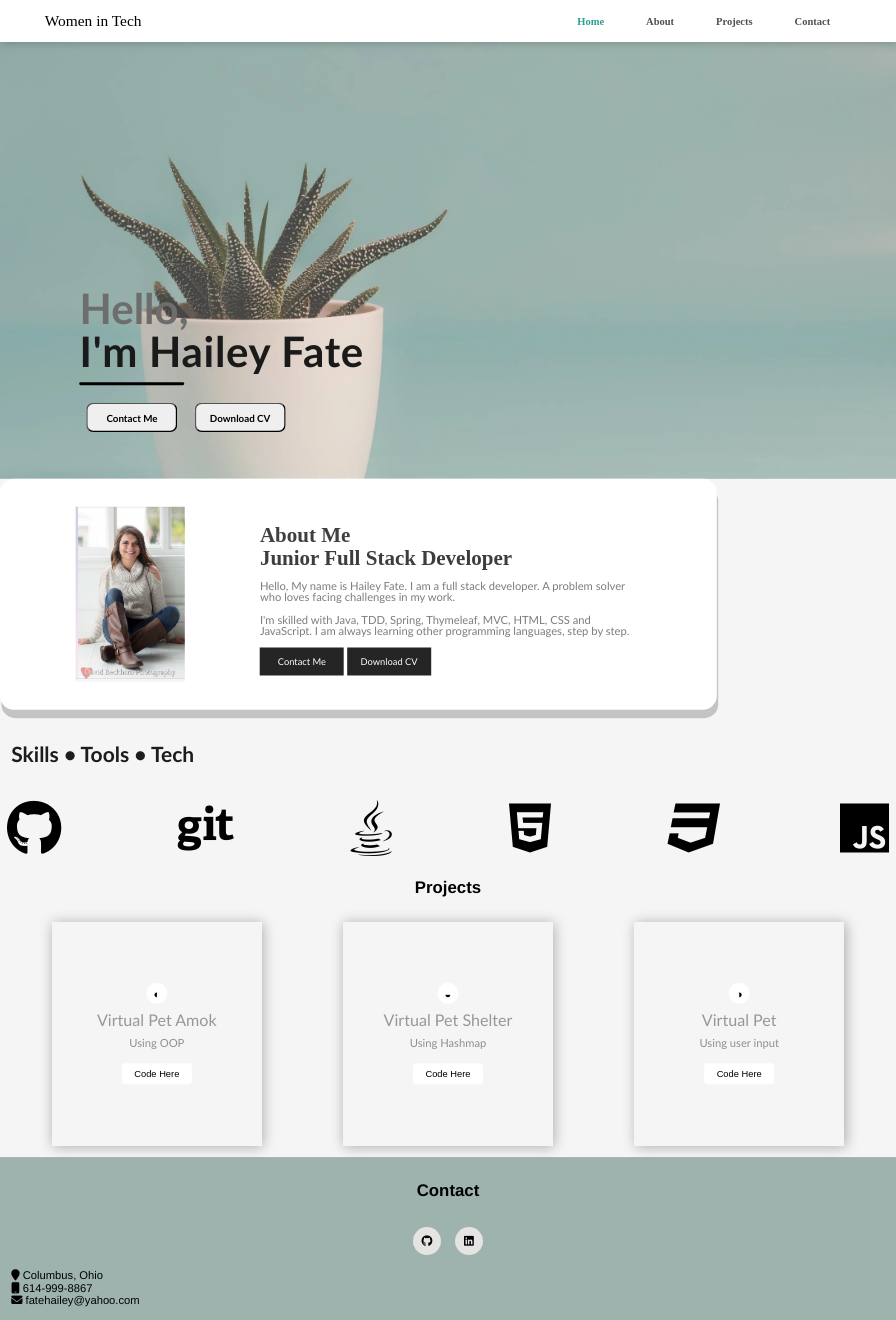
Repository: fatehailey/fatehailey.github.io
Page: index.html
An editor plug-in stored every save of this project. The page is shown before and after the next save, followed by the edit.
The browser window is 1280 px wide. The pictures show the whole page, at 70% of full size.
Some web libraries are served in a nearby version.

Above is the page before, as saved 2022-07-25 15:22:17.

### index.html
<!DOCTYPE html>
<html lang="en">

<head>
    <meta charset="UTF-8">
    <meta http-equiv="X-UA-Compatible" content="IE=edge">
    <meta name="viewport" content="width=device-width, initial-scale=1.0">
    <title>Professional Portfolio Website</title>
    <link rel="stylesheet" type="text/css" href="./style.css">
    <script src="https://kit.fontawesome.com/aba5373111.js" crossorigin="anonymous"></script>
</head>
<section>
    <!--------Navbar-->
    <nav>
        <header class="logo"> Women in Tech</header>
        <!--menu-->
        <ul>
            <li><a href="#" class="active">Home</a></li>
            <li><a href="#about">About</a></li>
            <li><a href="#projects">Projects</a></li>
            <li><a href="#contact-form">Contact</a></li>
        </ul>
    </nav>
    <!--text-->
    <div class="text-container">
        <p>Hello,</p>
        <p>I'm Hailey Fate</p>
        <p class="line"></p>
        <a href = "mailto: fatehailey@.com">
        <button id="contact-form">Contact Me</button></a>
        <a href="Resume -JAVA.pdf">
            <button>Download CV</button>
        </a>

    </div>
</section>
<div class="about-container">
    <!--img-->
    <img src="20638533_10207488042478732_6104525529025967976_n.jpg" />
    <!--about-me-text-->
    <div class="about-text">
        <p id="about">About Me</p>
        <p>Junior Full Stack Developer</p>
        <p>Hello, My name is Hailey Fate. I am a full stack developer. A problem solver who loves facing challenges in
            my work. </p>
        <p>I'm skilled with Java, TDD, Spring, Thymeleaf, MVC, HTML, CSS and JavaScript. I am always learning other
            programming languages, step by step.</p>
        <button id="contacts">Contact Me</button>
        <button onclick="Resume -JAVA.pdf">Download CV</button>
    </div>
</div>

<!--Project-->
<div class="skills">
    <!--text-->
    <div class="skills-text ">
        <p>Skills • Tools • Tech</p>
    </div>
    <div class="column">
        <i class="fa-brands fa-github"></i>
        <i class="fa-brands fa-git"></i>
        <i class="fa-brands fa-java"></i>
        <i class="fa-brands fa-html5"></i>
        <i class="fa-brands fa-css3"></i>
        <i class="fa-brands fa-js"></i>
    </div>
</div>
<h2 id="projects" style="text-align:center">Projects </h2>
<div class="box-container">
    <!--1------------->
    <div class="box-1">
        <span>◐</span>
        <p class="heading">Virtual Pet Amok</p>
        <p class="details">Using OOP</p>
        <a href="https://github.com/2022-April-Java-PT-Classroom/virtual-pet-amok-fatehailey">
            <button>Code Here</button>
        </a>
    </div>
    <!--2------------->
    <div class="box-2">
        <span>◒</span>
        <p class="heading">Virtual Pet Shelter</p>
        <p class="details">Using Hashmap</p>
        <a href="https://github.com/2022-April-Java-PT-Classroom/virtual-pet-shelter-fatehailey">
            <button>Code Here</button>
        </a>
    </div>
    <!--3------------->
    <div class="box-3">
        <span>◑</span>
        <p class="heading">Virtual Pet</p>
        <p class="details">Using user input</p>
        <a href="https://github.com/2022-April-Java-PT-Classroom/virtual-pet-fatehailey">
            <button>Code Here</button>
        </a>
    </div>
</div>
<footer>
    <div class="social-footer">
        <h2 id="contacts" style="text-align:center">Contact</h2>
        <div class="social-icons">
            <a href="https://github.com/fatehailey"><i class="fa-brands fa-github"></i></a>
            <a href="https://www.linkedin.com/in/haileyfate/"><i class="fa-brands fa-linkedin"></i></a>
        </div>
        <div class="place">
            <span class="fa-solid fa-location-pin"></span>
            <span class="text">Columbus, Ohio</span>
        <div class="phone">
            <span class="fa-solid fa-mobile"></span>
            <span class="text">614-999-8867</span>
        </div>
        <div class="email">
            <span class="fa-solid fa-envelope"></span>
            <span class="text">fatehailey@yahoo.com</span>
        </div>

    </div>
</footer>
</body>
</html>

### style.css

body{
    background-color: #f6f5f5;
    margin: 0;
    padding: 0px;
    font-family: 'Franklin Gothic Medium', 'Arial Narrow', Arial, sans-serif;
}
ul{
    list-style: none;
}
a{
    text-decoration: none;
}
section{
    width: 100%;
    height: 95vh;
    background-image: url('pexels-photo-1445416.webp');
    background-repeat: no-repeat;
    background-size: cover;
}
nav{
    display: flex;
    justify-content: space-between;
    align-items: center;
    height: 60px;
    background-color: #FFFFFF;
    box-shadow: 2px 2px 12px rgba(0,0,0,0.2);
    padding: 0px 5%;
}
nav ul{
    display: flex ;
}
nav ul li a{
    margin:30px;
    font-family: myraid pro regular;
    color:#505050;
    font-size: 15px;
    font-weight: 700;
}
.logo{
    font-family: RoadTest;
    color: #000000;
    font-size: 22px;
}
.active{
   font-weight:bold;
   color: #2e9e93;
}
.text-container p:nth-child(1){
    font-family: calibri;
    font-weight: bold;
    color: #6d6d6d;
    font-size: 60px;
    padding-bottom: 1rem;
}
.text-container p:nth-child(2){
    font-family: calibri;
    font-weight: bold;
    letter-spacing: 1px;
    color: #1a1a1a;
    font-size: 60px;
}
.text-container p:nth-child(3){
    font-family: myrid pro regular;
    color: #403e3e;
    font-size: 30px;
    line-height: 30px;
}
.text-container p{
    line-height: 0px;
    margin: 45px 0px 25px;
}
.line{
    width: 150px;
    height: 4px;
    background: #000000;
    margin: 10px auto;
    border-radius: 5px;
}
.text-container{
    position: absolute;
    left: 13%;
    top:42%;
    transform: translate(-13%, 42%);
}
.text-container button{
    width:130px;
    height: 42px;
    border-radius: 10px;
    font-family: calibri;
    font-weight: bold;
    font-size: 14px;
    outline:none;
    margin:0px 10px;
}
.abtme{
    border:2px solid #373636;
    color: #373636;
}
.down-cv{
    background-color: #0b0b0b;
    color: #FFFFFF;
    border: none;
}
button:active{
    transform:scale(1.1);
}

.about-container{
    width: 80%;
    height:330px;
    background-color: #ffffff;
    border-radius: 20px;
    box-shadow: 2px 12px rgba(0,0,0,0.2);
    display:flex;
    position: relative;
    justify-content: space-evenly;
    align-items: center;
}
.about-container img{
    height: 250px;
    margin-left: 5px;
}

.about-text{
    width: 550px;
    margin-left: 5px;;

}
.about-text p:nth-child(1){
    color: #403e3e;
    font-family: myriad pro;
    font-weight: bold;
    font-size: 30px;
    line-height: 0px;
}
.about-text p:nth-child(2){
    color: #3e3d3d;
    font-size: 30px;
    font-family: myriad pro;
    font-weight: bold;
    line-height: 5px;
}
.about-text p:nth-child(3),
.about-text p:nth-child(4){
    color: #7e7d7d;
    font-size: 20pxpx;
    font-family: calibri;
    line-height: 16px;
}
.about-text button{
    width:120px;
    height:40px;
    color: #FFFFFF;
    outline: none;
    border:none;
    font-family: calibri;
    background-color: #262525;
}
.skills-text p:nth-child(1){
	font-family: calibri;
	font-weight:bold;
	color:#1d1c1c;
	font-size:30px;
	line-height:0px;
}
.skills-text{
    padding-top: 2rem;
    padding-bottom: 2rem;
    padding-left: 1rem;;
	width: 500px;
    display: flex;
}
.column
{
    flex: 50%;
    padding: 5px 10px 10px;
    justify-content: space-between;
    display: flex;
    flex-flow: row wrap;
    margin-bottom: 15px;
    font-size: 5rem;
}
.column img
{
    float: left;
    width:  100px;
    height: 100px;
    object-fit: cover;
}
.box-container{
	display:flex;
	justify-content: space-around;
    padding: 1rem;
}
.box-1,.box-2,.box-3{
	width: 300px;
	height:320px;
	background-repeat: no-repeat;
	background-size: cover;
	box-shadow:2px 2px 18px rgba(0,0,0,0.3);
	align-items: center;
	justify-content: center;
	display: flex;
	flex-direction: column;
	margin: 0px 20px;
}
.box-1 span,
.box-2 span,
.box-3 span{
	width:30px;
	height:30px;
	border-radius:50%;
	background-color:#ffffff;
	display: flex;
	justify-content: center;
	align-items:center;
	font-family: calibri;
	font-weight: bold;
}
.box-1 p:nth-child(2),
.box-2 p:nth-child(2),
.box-3 p:nth-child(2){
	color:#979797;
	font-family: calibri;
	font-size: 23px;
	line-height:0px;

}
.box-1 p:nth-child(3),
.box-2 p:nth-child(3),
.box-3 p:nth-child(3){
	font-family: calibri;
	color:#8F8F8F;
	text-align:center;
	width: 230px;
	margin:0px 0px 20px 0px;

}
.box-1 button,
.box-2 button,
.box-3 button{
	width:100px;
	height:30px;
	background-color:#FFFFFF;
	border:none;
	outline: none;
	border-radius:5px;
}
footer{
    background-color: #9eb3ae;
    height: 220px;
    width: 100%;
    min-height: 5rem;
    margin: auto;
    padding-top: 1%;
}
.place{
    padding-left: 1rem;

}

.social-icons a{
    width:40px;
    height:40px;
    display: flex;
    justify-content: center;
    align-items: center;
    background-color:#e6e3e3;
    margin:20px 10px;
    border-radius:50%;
}
.social-icons{
    display: flex;
    justify-content: center;
}

.social-icons i,.social i{
    color:#000000;
}
.social-icons a:hover{
    background-color:#000000;
    box-shadow:2px 2px 12px rgba(0,0,0,0.2);
    transition:all ease 0.5s;
}
.social-icons a:hover i,
.social a:hover i{
    color:#FFFFFF;
    transition:all ease 0.5s;
}

After the next save:
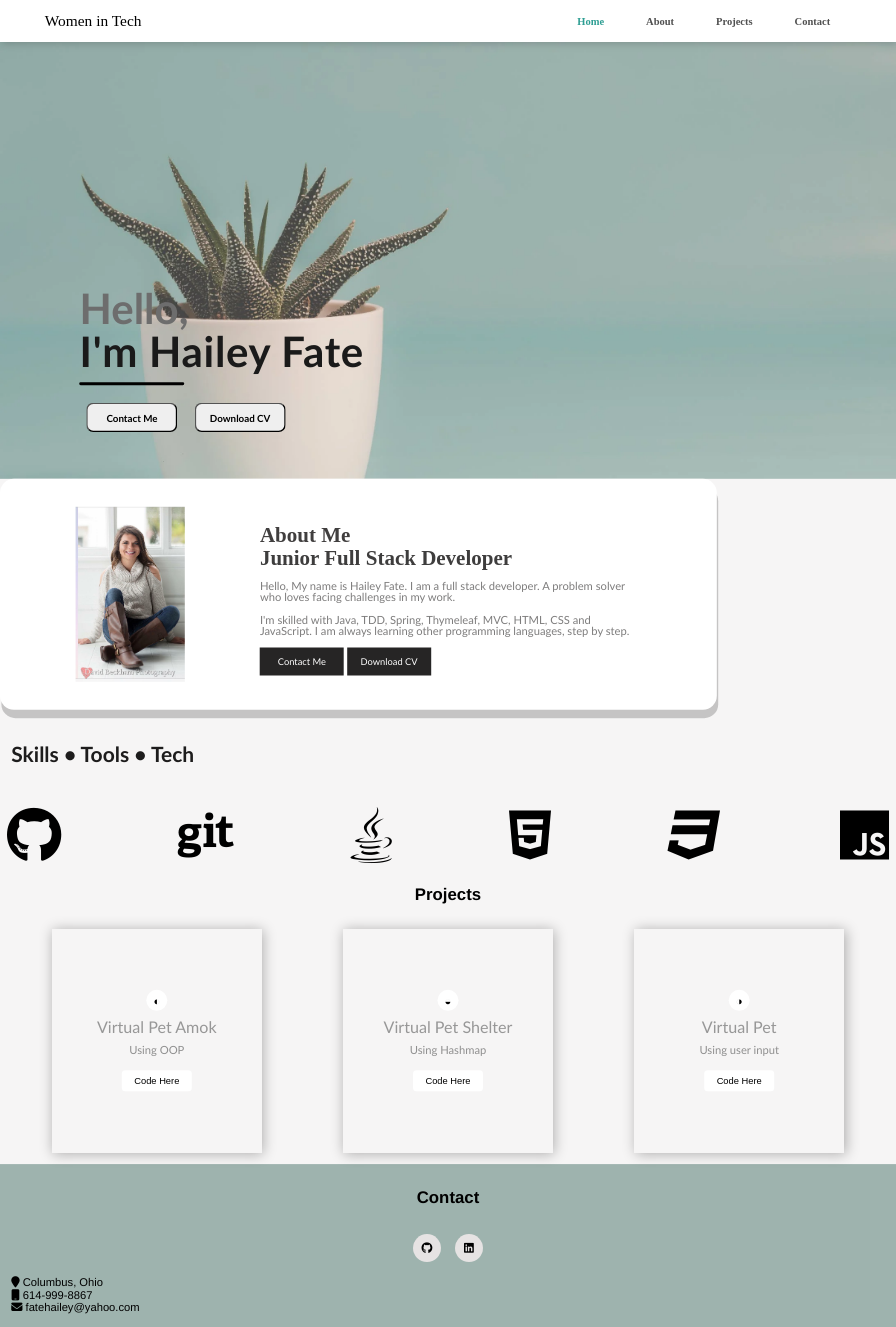
Saved 7 s later.
--- a/style.css
+++ b/style.css
@@ -174,7 +174,7 @@
 .column
 {
     flex: 50%;
-    padding: 5px 10px 10px;
+    padding: 15px 10px 10px;
     justify-content: space-between;
     display: flex;
     flex-flow: row wrap;
